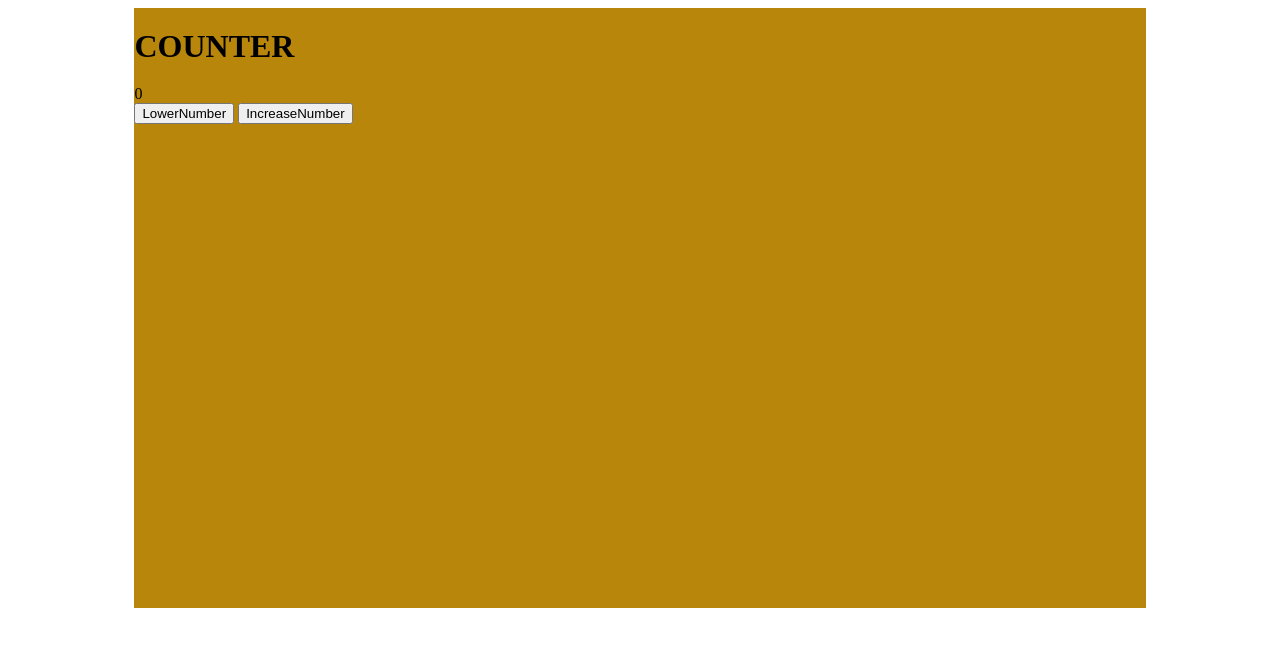
Repository: Sgalstyan06/counterNum
Page: index.html
The author's editor kept a copy of each file at every save. The page is drawn from the files as they stood at one save, then again after a run of saves.
The browser window is 1280 px wide. The pictures show the whole page.

Above is the page before, as saved 2022-02-14 16:48:09.

### index.html
<!DOCTYPE html>
<html lang="en">
<head>
    <meta charset="UTF-8">
    <meta http-equiv="X-UA-Compatible" content="IE=edge">
    <meta name="viewport" content="width=device-width, initial-scale=1.0">
    <title>Document</title>
    <link rel="stylesheet" href="./style.css">
</head>
<body>
    <div class="main">
        <div><h1>COUNTER</h1></div>

        <div class="result">0</div>
        <div>
            <button class="LowerNumber">LowerNumber</button>
            <button class="IncreaseNumber">IncreaseNumber</button>
        </div>
    </div>
    <script src="./script.js"></script>
</body>
</html>

### style.css
.main{
    width: 80%;
    height: 600px;
    margin: 0 auto;
    background-color: darkgoldenrod;
    display: flex;
    flex-direction: column;
}
h1{
    width: 100%;
    margin: 20px auto;
}

Loaded but not shown: script.js (no stored copy; drawn as an empty file)

After the next 3 saves:
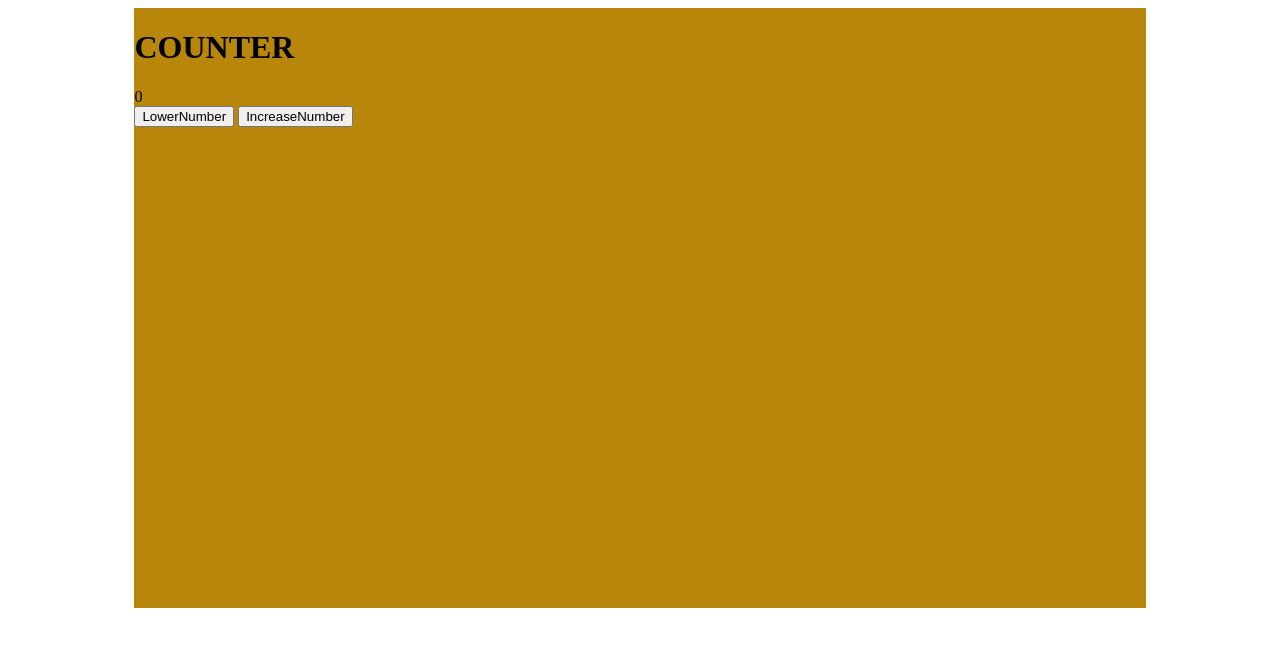
The 3 saves are shown as one change because they came seconds apart.
The last was saved 11 s later.
--- a/style.css
+++ b/style.css
@@ -8,5 +8,5 @@
 }
 h1{
     width: 100%;
-    margin: 20px auto;
+   padding: auto;
 }
